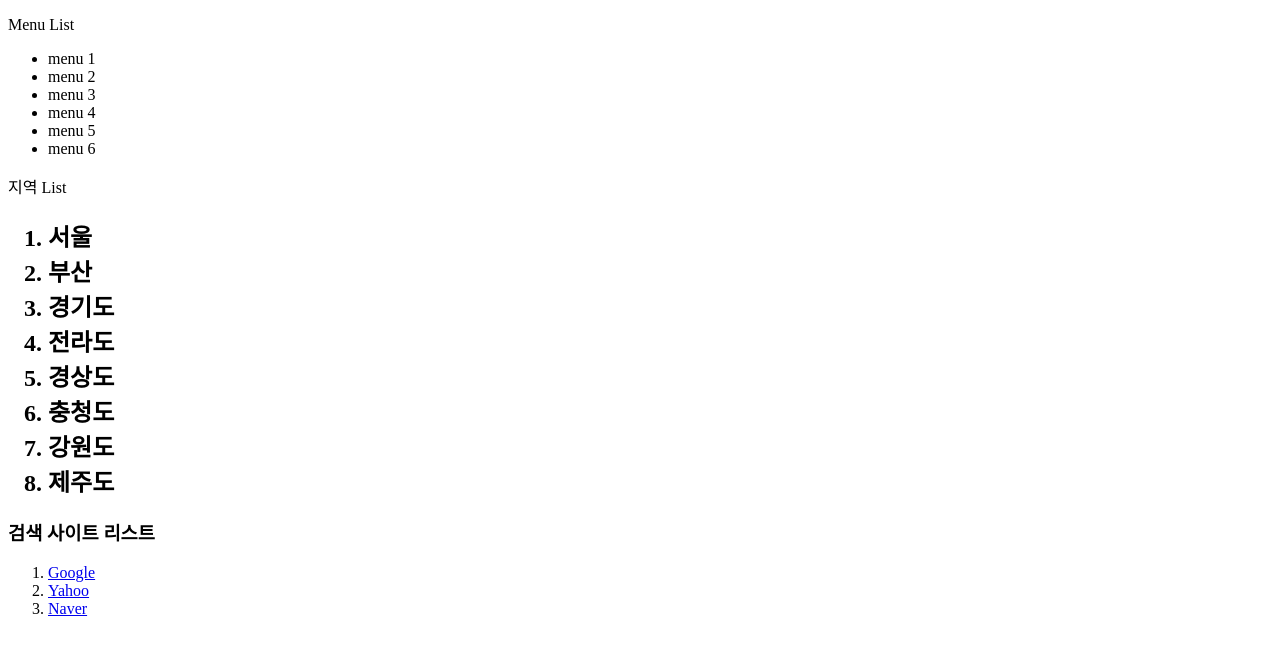
Repository: usonihs/StudyX
Page: JSP/HTML/src/main/webapp/Lec03.html
These files come from the project's save history. The page is drawn as it stood at one moment and after the next save; the edit follows.
The browser window is 1280 px wide. The pictures show the whole page.

Above is the page before, as saved 2022-10-19 03:38:53.

### JSP/HTML/src/main/webapp/Lec03.html
<!DOCTYPE html>
<html>
<head>
<meta charset="UTF-8">
<title>List Tag</title>
</head>
<body>
	<p>Menu List</p>
	<ul>
		<li>menu 1</li>
		<li>menu 2</li>
		<li>menu 3</li>
		<li>menu 4</li>
		<li>menu 5</li>
		<li>menu 6</li>
	</ul>

	<p>지역 List</p>
	<ol><h2>
		<li>서울</li>
		<li>부산</li>
		<li>경기도</li>
		<li>전라도</li>
		<li>경상도</li>
		<li>충청도</li>
		<li>강원도</li>
		<li>제주도</li>
	</h2></ol>

	<h3>검색 사이트 리스트</h3>
	<ol>
	<li><a href="http://www.google.com">Google</a></li>
	<li><a href="http://www.yahoo.com">Yahoo</a></li>
	<li><a href="http://www.naver.com">Naver</a></li>
	</ol>

</body>
</html>

After the next save:
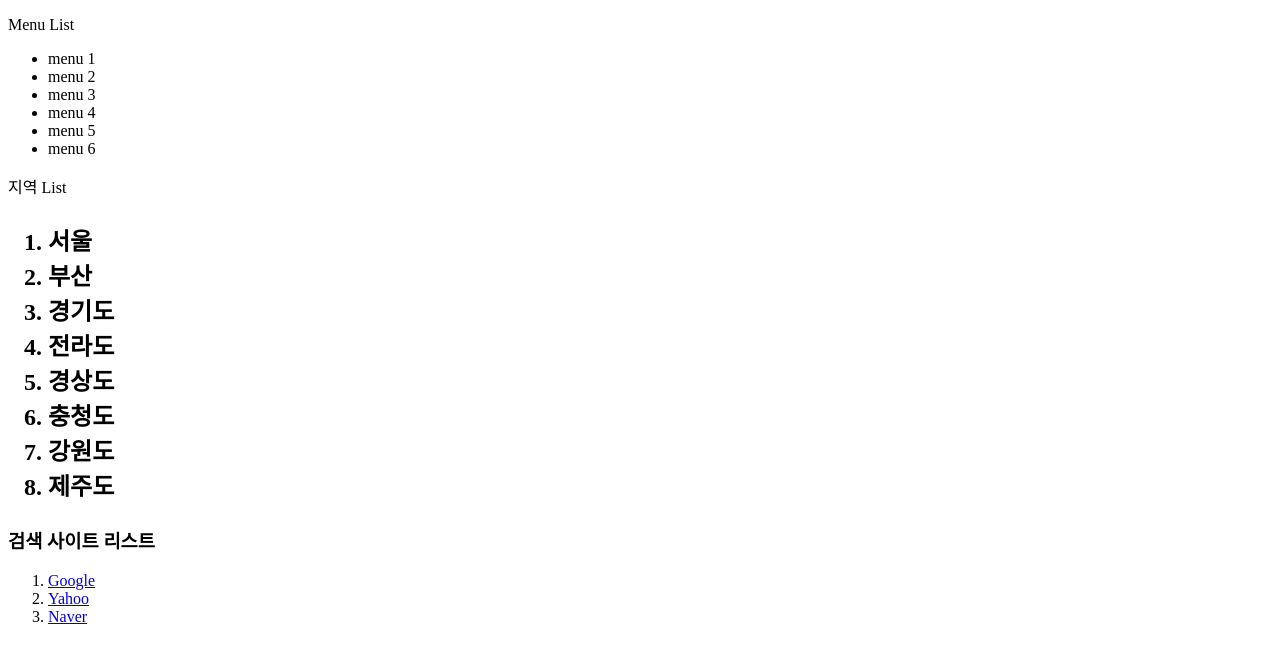
Saved 20 s later.
--- a/JSP/HTML/src/main/webapp/Lec03.html
+++ b/JSP/HTML/src/main/webapp/Lec03.html
@@ -16,7 +16,7 @@
 	</ul>
 
 	<p>지역 List</p>
-	<ol><h2>
+	<h2><ol>
 		<li>서울</li>
 		<li>부산</li>
 		<li>경기도</li>
@@ -25,7 +25,7 @@
 		<li>충청도</li>
 		<li>강원도</li>
 		<li>제주도</li>
-	</h2></ol>
+	</ol></h2>
 
 	<h3>검색 사이트 리스트</h3>
 	<ol>
